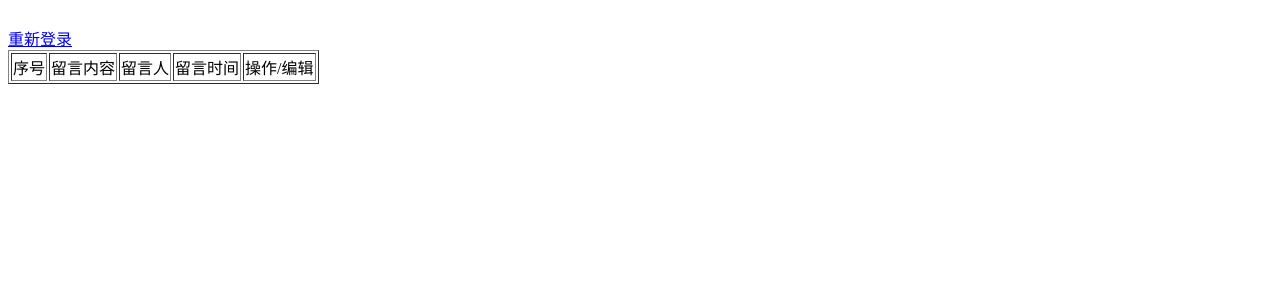
Repository: suxiaohutot/PHP
Page: http://localhost/liuyanlist.php
An editor plug-in stored every save of this project. The page is shown before and after the next save, followed by the edit.
The browser window is 1280 px wide. The pictures show the whole page.
The page is run by PHP 8.4 with error messages shown; the project is at /var/www/html/. Queries for data that is not in the repository find no rows.

Above is the page before, as saved 2019-10-25 07:18:12.

After the next save:
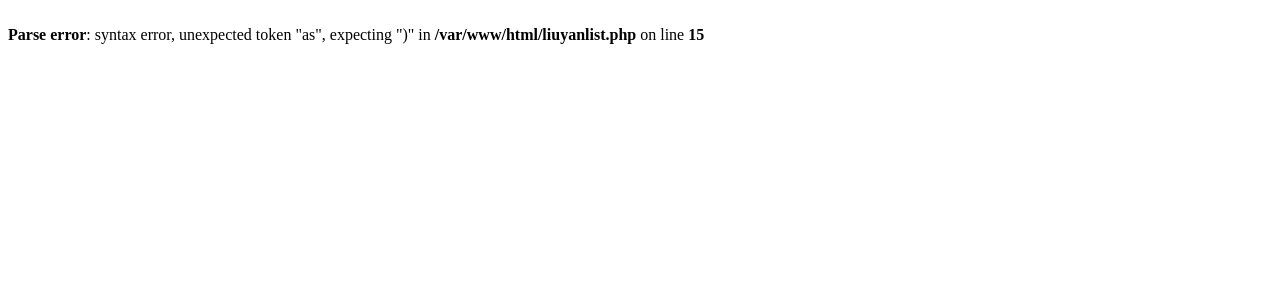
Saved 11 s later.
--- a/test/liuyanlist.php
+++ b/test/liuyanlist.php
@@ -12,6 +12,10 @@
         	<td>操作/编辑</td>
 		</tr>";
 while ($reut=mysqli_fetch_assoc($seti)){
+    oreach ($reut as $v)
+    {
+        echo "<td>".$v."</td>";
+    }
     $time=$reut['time'];
     $id=$reut['id'];
 ?>

After the save that followed:
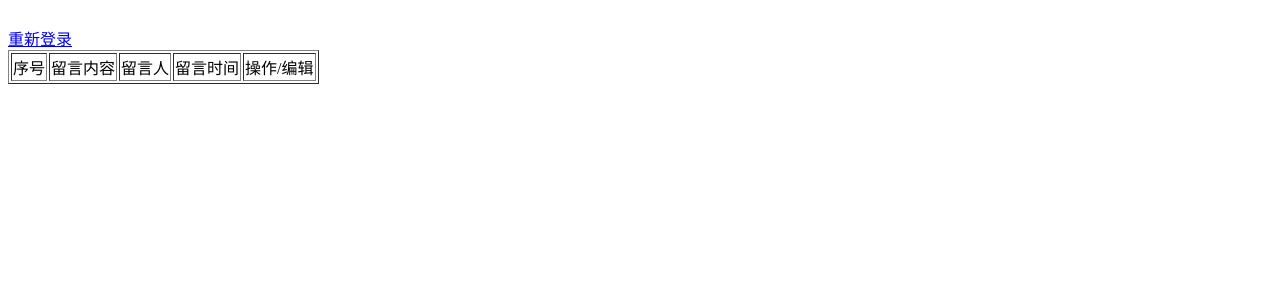
Saved 20 s later.
--- a/test/liuyanlist.php
+++ b/test/liuyanlist.php
@@ -12,7 +12,7 @@
         	<td>操作/编辑</td>
 		</tr>";
 while ($reut=mysqli_fetch_assoc($seti)){
-    oreach ($reut as $v)
+    foreach ($reut as $v)
     {
         echo "<td>".$v."</td>";
     }
